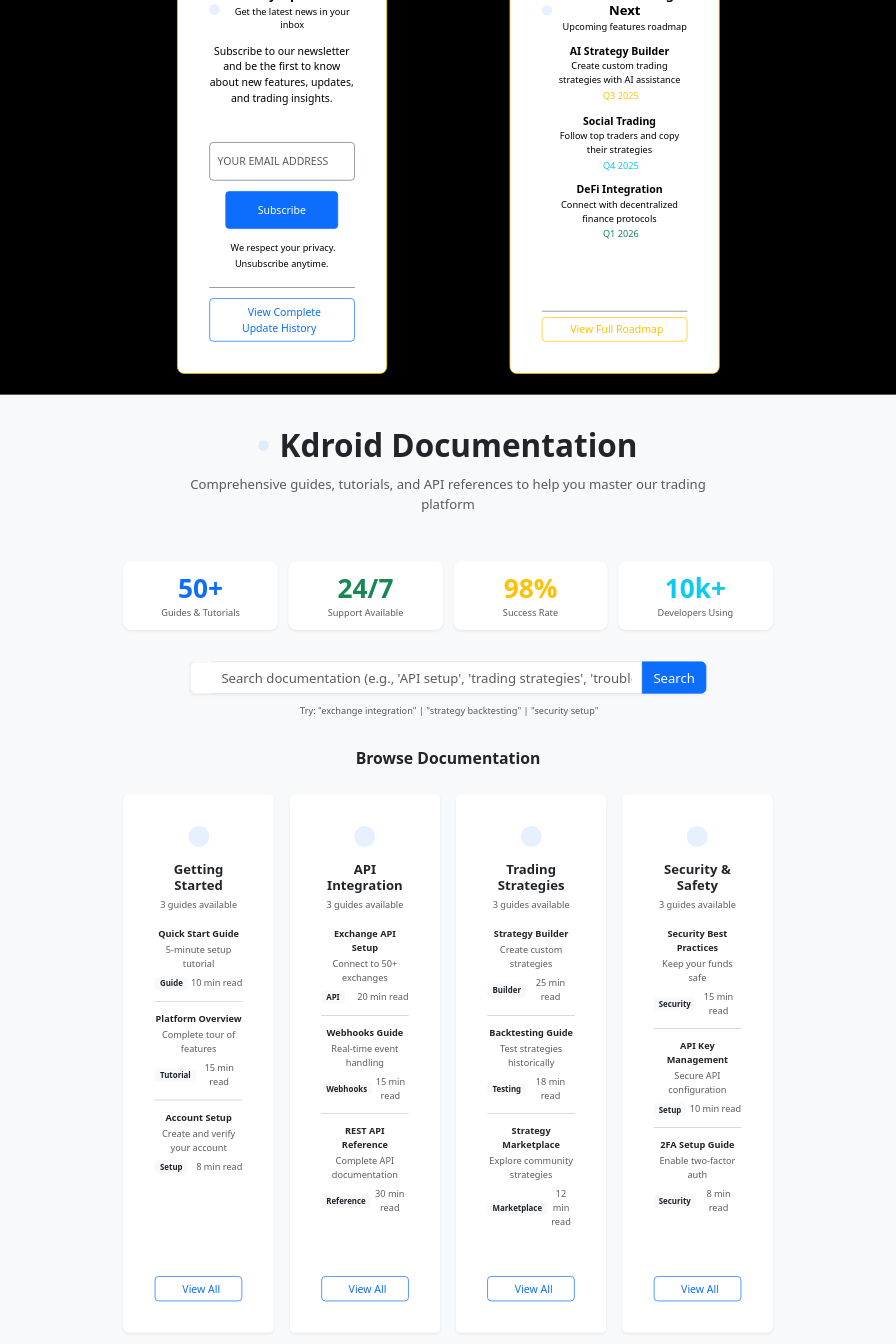
Repository: Kevin-Pro-Codes/halo-trading
Page: /
These files come from the project's save history. The page is drawn as it stood at one moment and after the next save; the edit follows.
The browser window is 1280 px wide. The pictures show the part of the page from y = 4580 to 6500 px (the page is 18955 px tall before and 19429 px after), at 70% of full size.
The page's requests for data from a server got no answer. The project was rebuilt for these pictures with package versions that can differ from the ones it lists, and the page was loaded fresh each time. Some packages were replaced by stand-ins written for this rebuild. No one was signed in, and anything a server would have sent is missing. Also part of the build but not shown: vite.config.js, src/styles/DocStyle.css, src/styles/PricingStyle.css.

Above is the page before, as saved 2025-12-09 22:47:50.

### src/index.css
:root {
  font-family: system-ui, Avenir, Helvetica, Arial, sans-serif;
  line-height: 1.5;
  font-weight: 400;
  color-scheme: light dark;
  color: rgba(255, 255, 255, 0.87);
  background-color: #242424;
  font-synthesis: none;
  text-rendering: optimizeLegibility;
  -webkit-font-smoothing: antialiased;
  -moz-osx-font-smoothing: grayscale;
}

a {
  font-weight: 500;
  color: #646cff;
  text-decoration: inherit;
}
a:hover {
  color: #535bf2;
}


h1 {
  font-size: 3.2em;
  line-height: 1.1;
}

button {
  border-radius: 8px;
  border: 1px solid transparent;
  padding: 0.6em 1.2em;
  font-size: 1em;
  font-weight: 500;
  font-family: inherit;
  background-color: #1a1a1a;
  cursor: pointer;
  transition: border-color 0.25s;
}
button:hover {
  border-color: #646cff;
}
button:focus,
button:focus-visible {
  outline: 4px auto -webkit-focus-ring-color;
}

### src/components/DocSection.jsx
import React from 'react';

const DocSection = () => {
  const documentationCategories = [
    {
      id: 1,
      title: "Getting Started",
      icon: "bi-rocket-takeoff",
      color: "primary",
      items: [
        { title: "Quick Start Guide", description: "5-minute setup tutorial", time: "10 min read", format: "Guide" },
        { title: "Platform Overview", description: "Complete tour of features", time: "15 min read", format: "Tutorial" },
        { title: "Account Setup", description: "Create and verify your account", time: "8 min read", format: "Setup" }
      ]
    },
    {
      id: 2,
      title: "API Integration",
      icon: "bi-plug",
      color: "success",
      items: [
        { title: "Exchange API Setup", description: "Connect to 50+ exchanges", time: "20 min read", format: "API" },
        { title: "Webhooks Guide", description: "Real-time event handling", time: "15 min read", format: "Webhooks" },
        { title: "REST API Reference", description: "Complete API documentation", time: "30 min read", format: "Reference" }
      ]
    },
    {
      id: 3,
      title: "Trading Strategies",
      icon: "bi-lightning-charge",
      color: "warning",
      items: [
        { title: "Strategy Builder", description: "Create custom strategies", time: "25 min read", format: "Builder" },
        { title: "Backtesting Guide", description: "Test strategies historically", time: "18 min read", format: "Testing" },
        { title: "Strategy Marketplace", description: "Explore community strategies", time: "12 min read", format: "Marketplace" }
      ]
    },
    {
      id: 4,
      title: "Security & Safety",
      icon: "bi-shield-check",
      color: "info",
      items: [
        { title: "Security Best Practices", description: "Keep your funds safe", time: "15 min read", format: "Security" },
        { title: "API Key Management", description: "Secure API configuration", time: "10 min read", format: "Setup" },
        { title: "2FA Setup Guide", description: "Enable two-factor auth", time: "8 min read", format: "Security" }
      ]
    }
  ];

  const quickLinks = [
    { title: "API Reference", icon: "bi-code-slash", link: "#", popular: true },
    { title: "Video Tutorials", icon: "bi-play-circle", link: "#", popular: true },
    { title: "FAQ", icon: "bi-question-circle", link: "#" },
    { title: "Release Notes", icon: "bi-journal-text", link: "#" },
    { title: "Community Forum", icon: "bi-people", link: "#" },
    { title: "Support Center", icon: "bi-headset", link: "#" }
  ];

  const featuredGuides = [
    {
      title: "Complete Trading Bot Setup",
      description: "Step-by-step guide to configure your first trading bot",
      difficulty: "Beginner",
      time: "25 minutes",
      updated: "2 days ago",
      views: "1.2k"
    },
    {
      title: "Advanced AI Strategy Configuration",
      description: "Learn to optimize AI parameters for maximum profit",
      difficulty: "Advanced",
      time: "45 minutes",
      updated: "1 week ago",
      views: "845"
    },
    {
      title: "Multi-Exchange Arbitrage Setup",
      description: "Configure automated arbitrage across multiple exchanges",
      difficulty: "Intermediate",
      time: "35 minutes",
      updated: "3 days ago",
      views: "2.1k"
    }
  ];

  return (
    <section className="py-5 bg-light">
      <div className="container">
        {/* Header */}
        <div className="row justify-content-center text-center mb-5">
          <div className="col-lg-8">
            <div className="d-flex align-items-center justify-content-center mb-3">
              <div className="bg-primary bg-opacity-10 p-2 rounded-circle me-3">
                <i className="bi bi-journal-text text-primary fs-3"></i>
              </div>
              <h2 className="display-5 fw-bold mb-0">Kdroid Documentation</h2>
            </div>
            <p className="lead text-muted mb-4">
              Comprehensive guides, tutorials, and API references to help you master our trading platform
            </p>
          </div>
        </div>

        {/* Quick Stats */}
        <div className="row justify-content-center mb-5">
          <div className="col-lg-10">
            <div className="row g-3">
              <div className="col-md-3 col-6">
                <div className="text-center p-3 bg-white rounded-3 shadow-sm">
                  <div className="display-6 fw-bold text-primary mb-1">50+</div>
                  <div className="text-muted small">Guides & Tutorials</div>
                </div>
              </div>
              <div className="col-md-3 col-6">
                <div className="text-center p-3 bg-white rounded-3 shadow-sm">
                  <div className="display-6 fw-bold text-success mb-1">24/7</div>
                  <div className="text-muted small">Support Available</div>
                </div>
              </div>
              <div className="col-md-3 col-6">
                <div className="text-center p-3 bg-white rounded-3 shadow-sm">
                  <div className="display-6 fw-bold text-warning mb-1">98%</div>
                  <div className="text-muted small">Success Rate</div>
                </div>
              </div>
              <div className="col-md-3 col-6">
                <div className="text-center p-3 bg-white rounded-3 shadow-sm">
                  <div className="display-6 fw-bold text-info mb-1">10k+</div>
                  <div className="text-muted small">Developers Using</div>
                </div>
              </div>
            </div>
          </div>
        </div>

        {/* Search Bar */}
        <div className="row justify-content-center mb-5">
          <div className="col-lg-8">
            <div className="input-group input-group-lg shadow-sm">
              <span className="input-group-text bg-white border-end-0">
                <i className="bi bi-search text-muted"></i>
              </span>
              <input
                type="text"
                className="form-control border-start-0"
                placeholder="Search documentation (e.g., 'API setup', 'trading strategies', 'troubleshooting')"
              />
              <button className="btn btn-primary">
                Search
              </button>
            </div>
            <div className="d-flex justify-content-center mt-3">
              <small className="text-muted">
                <i className="bi bi-lightbulb me-1"></i>
                Try: "exchange integration" | "strategy backtesting" | "security setup"
              </small>
            </div>
          </div>
        </div>



        {/* Documentation Categories - FIXED to show 4 categories properly */}
        <div className="row justify-content-center mb-5">
          <div className="col-lg-10">
            <h4 className="fw-bold mb-4 text-center">Browse Documentation</h4>
            <div className="row g-4">
              {documentationCategories.map((category) => (
                <div key={category.id} className="col-md-6 col-lg-3">
                  <div className="card border-0 shadow-sm h-100">
                    <div className="card-body p-4 d-flex flex-column">
                      <div className="mb-4">
                        <div className={`bg-${category.color} bg-opacity-10 p-3 rounded-circle d-inline-block mb-3`}>
                          <i className={`bi ${category.icon} text-${category.color} fs-4`}></i>
                        </div>
                        <h5 className="fw-bold mb-2">{category.title}</h5>
                        <p className="text-muted small mb-0">{category.items.length} guides available</p>
                      </div>

                      <div className="mb-4 flex-grow-1">
                        {category.items.map((item, index) => (
                          <div key={index} className="mb-3">
                            <div className="fw-bold small mb-1">{item.title}</div>
                            <div className="text-muted small mb-2">{item.description}</div>
                            <div className="d-flex justify-content-between align-items-center">
                              <span className="badge bg-light text-dark small">{item.format}</span>
                              <small className="text-muted">{item.time}</small>
                            </div>
                            {index < category.items.length - 1 && <hr className="my-3" />}
                          </div>
                        ))}
                      </div>

                      <button className="btn btn-outline-primary w-100 mt-auto">
                        <i className="bi bi-arrow-right me-2"></i>
                        View All
                      </button>
                    </div>
                  </div>
                </div>
              ))}
            </div>
          </div>
        </div>

{/* Featured Guides - Minutes Close to Button */}
<div className="mb-5">
  <div className="bg-primary bg-opacity-5 p-4 rounded-3">
    <div className="text-center mb-4">
      <h3 className="fw-bold mb-2">Featured Guides</h3>
      <p className="text-muted">Most popular and highly recommended tutorials</p>
    </div>

    <div className="row">
      {featuredGuides.map((guide, index) => (
        <div key={index} className="col-md-4 mb-3">
          <div className="card h-100">
            <div className="card-body d-flex flex-column">
              <div className="d-flex justify-content-between mb-3">
                <span className={`badge ${
                  guide.difficulty === 'Beginner' ? 'bg-success' :
                  guide.difficulty === 'Intermediate' ? 'bg-warning' : 'bg-danger'
                }`}>
                  {guide.difficulty}
                </span>
                <small className="text-muted">
                  <i className="bi bi-eye me-1"></i>
                  {guide.views}
                </small>
              </div>

              <h5 className="fw-bold mb-3">{guide.title}</h5>
              <p className="text-muted mb-4 flex-grow-1">{guide.description}</p>

              {/* Minutes and button in same row, close together */}
              <div className="d-flex justify-content-between align-items-center mt-auto">
                <div className="d-flex align-items-center">
                  <i className="bi bi-clock text-muted me-2"></i>
                  <small className="text-muted">{guide.time}</small>
                </div>
                <button className="btn btn-primary btn-sm px-3">
                  Read Guide
                </button>
              </div>
            </div>
          </div>
        </div>
      ))}
    </div>
  </div>
</div>

      {/* Developer Resources - Perfect Round Balls */}
<div className="row justify-content-center mb-5">
  <div className="col-lg-10">
    <h4 className="fw-bold mb-4 text-center">Developer Resources</h4>
    <div className="row g-4">
      {/* REST API Card */}
      <div className="col-md-4">
        <div className="card border-0 shadow-sm h-100">
          <div className="card-body p-4 text-center">
            {/* Perfect Circle Ball */}
            <div className="bg-info bg-opacity-10 rounded-circle mx-auto mb-3 d-flex align-items-center justify-content-center"
                 style={{width: '80px', height: '80px'}}>
              <i className="bi bi-code-slash text-info fs-2"></i>
            </div>

            <h5 className="fw-bold mb-2">REST API</h5>
            <p className="text-muted small mb-3">
              Complete REST API reference with examples and integration guides
            </p>

            <button className="btn btn-outline-info w-100">
              <i className="bi bi-github me-2"></i>
              View API Docs
            </button>
          </div>
        </div>
      </div>

      {/* SDK Library Card */}
      <div className="col-md-4">
        <div className="card border-0 shadow-sm h-100">
          <div className="card-body p-4 text-center">
            {/* Perfect Circle Ball */}
            <div className="bg-success bg-opacity-10 rounded-circle mx-auto mb-3 d-flex align-items-center justify-content-center"
                 style={{width: '80px', height: '80px'}}>
              <i className="bi bi-gear text-success fs-2"></i>
            </div>

            <h5 className="fw-bold mb-2">SDK Library</h5>
            <p className="text-muted small mb-3">
              Official SDKs for Python, JavaScript, and 5+ other languages
            </p>

            <button className="btn btn-outline-success w-100">
              <i className="bi bi-download me-2"></i>
              Download SDK
            </button>
          </div>
        </div>
      </div>

      {/* CLI Tools Card */}
      <div className="col-md-4">
        <div className="card border-0 shadow-sm h-100">
          <div className="card-body p-4 text-center">
            {/* Perfect Circle Ball */}
            <div className="bg-warning bg-opacity-10 rounded-circle mx-auto mb-3 d-flex align-items-center justify-content-center"
                 style={{width: '80px', height: '80px'}}>
              <i className="bi bi-terminal text-warning fs-2"></i>
            </div>

            <h5 className="fw-bold mb-2">CLI Tools</h5>
            <p className="text-muted small mb-3">
              Command-line interface for automation and advanced operations
            </p>

            <button className="btn btn-outline-warning w-100">
              <i className="bi bi-terminal me-2"></i>
              Get CLI Tools
            </button>
          </div>
        </div>
      </div>
    </div>
  </div>
</div>

        {/* Support CTA */}
        <div className="row justify-content-center">
          <div className="col-lg-8">
            <div className="card border-primary">
              <div className="card-body p-4 p-md-5 text-center">
                <h3 className="fw-bold mb-3">Need Help?</h3>
                <p className="text-muted mb-4">
                  Can't find what you're looking for? Our support team is ready to help.
                </p>
                <div className="d-flex flex-column flex-md-row justify-content-center gap-3">
                  <button className="btn btn-primary btn-lg px-4">
                    <i className="bi bi-chat-dots me-2"></i>
                    Contact Support
                  </button>
                  <button className="btn btn-outline-primary btn-lg px-4">
                    <i className="bi bi-people me-2"></i>
                    Join Community
                  </button>
                </div>
                <div className="mt-4">
                  <small className="text-muted">
                    <i className="bi bi-clock me-1"></i>
                    Average response time: 15 minutes
                  </small>
                </div>
              </div>
            </div>
          </div>
        </div>
      </div>
    </section>
  );
};

export default DocSection;

### src/Footer.jsx
import React from "react";

const Footer = () => {
  return (
    <footer className="section-black">
      <div className="section-content">
        <div className="footer-grid">
          <div className="footer-col">
            <h3>Contact</h3>
            <p>Email: support@halo.com</p>
            <p>Phone: +55 11 9987-6543</p>
            <p>Address: 456 Finance Street, Crypto City</p>
          </div>
          <div className="footer-col">
            <h3>Legal</h3>
            <p><a href="#">Risk Disclosure</a></p>
            <p><a href="#">Terms of Service</a></p>
            <p><a href="#">Privacy Policy</a></p>
          </div>
          <div className="footer-col">
            <h3>Support</h3>
            <p><a href="#">Help Center</a></p>
            <p><a href="#">API Documentation</a></p>
            <p><a href="#">Community Forum</a></p>
            <p className="mt-3"><a href="#">MetaTrader 5</a></p>
          </div>
        </div>
        <div className="footer-bottom">
          <p>
            © 2025 Halo Algo Trading. All rights reserved. Disclaimer: Trading
            involves risk. Past performance is not indicative of future results.
          </p>
          <p className="disclaimer"></p>
        </div>
      </div>
    </footer>
  );
};

export default Footer;

### src/App.css
/* Variables */
:root {
  --primary-color: #646cff;
  --primary-hover: #535bf2;
  --text-dark: black;
  --text-light: #ffffff;
  --bg-dark: black;
  --bg-light: #ffffff;
  --border-radius: 4px;
  --transition: all 0.3s ease;
}

#root {
  max-width: 100%;
  margin: auto;
  padding: 0rem;
  text-align: center;
}

/* Base Styles */
* {
  box-sizing: border-box;
  margin: 0;
  padding: 0;


}

html {
  font-size: 15px;

}



/* Typography */
h1, h2, h3, h4, h5, h6 {
  margin-bottom: 1rem;
  line-height: 1.2;
}

h2 {
  font-size: 2rem;
}

h3 {
  font-size: 1.5rem;
  margin: 1rem 0;
}

p {
  margin-bottom: 1rem;
}

ul {
  list-style: none;
  padding-left: 0;
}

/* Utility Classes */
.black-text {
  color: var(--text-dark);
}

.white-text {
  color: var(--text-light);
}

.bg-white {
  background-color: var(--bg-light);
}

.bg-black {
  background-color: var(--bg-dark);
}


section {
  padding: 3rem 0;
}

.section-content {
  max-width: 2280px;
  margin: 0 auto;
  padding: 0 1rem;
}

.section-black {
  background-color: var(--bg-dark);
  color: var(--text-light);
}

### src/styles/ConverterStyle.css
/* Add to your existing CSS */
.converter-container {
  max-width: 500px;
  margin: 0 auto;
}

.converter-card {
  background-color: white;
  padding: 2rem;
  border-radius: var(--border-radius);
}

.converter-row {
  display: flex;
  align-items: center;
  margin-bottom: 1rem;
}

.converter-row label {
  width: 80px;
  text-align: right;
  margin-right: 1rem;
}

.converter-row input {
  flex: 1;
  padding: 0.5rem;
  border-radius: var(--border-radius);
  border: 1px solid #ddd;
  background-color: var(--bg-light);
  color: var(--text-dark);
}

.converter-card label,
.converter-card .rate-display {
  color: black; /* Replace with your desired color */
  font-weight: bold;
}

.rate-display {
  text-align: center;
  margin-top: 1.5rem;
  font-size: 0.9rem;
  opacity: 0.8;
}

/* Responsive adjustments */
@media (max-width: 600px) {
  .converter-row {
    flex-direction: column;
    align-items: flex-start;
  }

  .converter-row label {
    width: 100%;
    text-align: left;
    margin-bottom: 0.5rem;
  }
}

### src/styles/FooterStyle.css

/* Footer */
.footer-grid {
  display: grid;
  grid-template-columns: repeat(auto-fit, minmax(200px, 1fr));

}

.footer-col a {
  color: var(--text-light);
  text-decoration: none;

}

.footer-col a:hover {
  text-decoration: underline;

}

.footer-bottom {
  text-align: center;
  padding-top: 1rem;
  border-top: 1px solid rgba(255, 255, 255, 0.1);

}

.disclaimer {

  padding-bottom: 10px;
   margin-bottom: 0px !important;
}

Loaded but not shown: index.html (common file); src/main.jsx (common file); src/components/ConverterSection.jsx (399 lines, source omitted); src/components/LatestSection.jsx (387 lines, source omitted); src/components/FaqSection.jsx (283 lines, source omitted); src/components/SetupSection.jsx (300 lines, source omitted); src/components/GallerySection.jsx (302 lines, source omitted); src/components/PricingSection.jsx (314 lines, source omitted); src/components/TestimonialSection.jsx (224 lines, source omitted); src/components/IntroSection.jsx (222 lines, source omitted); src/components/PerformanceSection.jsx (184 lines, source omitted); src/App.jsx (130 lines, source omitted); src/styles/NavbarStyle.css (126 lines, source omitted); src/styles/GalleryStyle.css (62 lines, source omitted); src/Navbar.jsx (48 lines, source omitted); src/styles/FaqStyle.css (no stored copy; drawn as an empty file); src/styles/IntroStyle.css (no stored copy; drawn as an empty file); src/styles/LatestStyle.css (no stored copy; drawn as an empty file); src/styles/PerformanceStyle.css (no stored copy; drawn as an empty file); src/styles/SetupStyle.css (no stored copy; drawn as an empty file); src/styles/TestimonialStyle.css (no stored copy; drawn as an empty file)

After the next save:
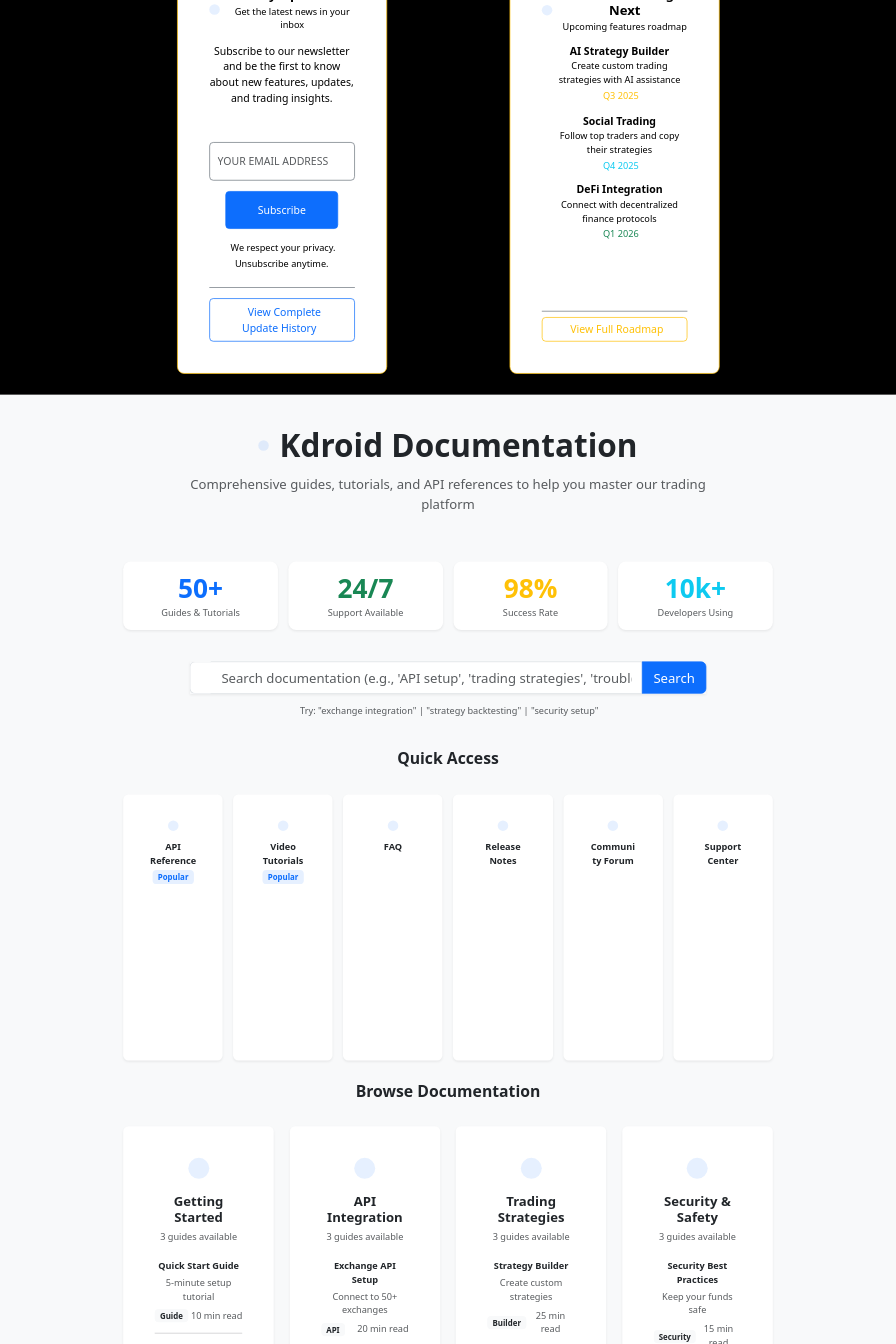
Saved 4 s later.
--- a/src/components/DocSection.jsx
+++ b/src/components/DocSection.jsx
@@ -159,7 +159,31 @@ const DocSection = () => {
           </div>
         </div>
 
-
+        {/* Quick Links */}
+        <div className="row justify-content-center mb-5">
+          <div className="col-lg-10">
+            <h4 className="fw-bold mb-4 text-center">Quick Access</h4>
+            <div className="row g-3">
+              {quickLinks.map((link, index) => (
+                <div key={index} className="col-6 col-md-4 col-lg-2">
+                  <a href={link.link} className="text-decoration-none">
+                    <div className={`card border-0 shadow-sm h-100 transition ${link.popular ? 'border-primary border-2' : ''}`}>
+                      <div className="card-body p-3 text-center">
+                        <div className={`bg-${link.popular ? 'primary' : 'light'} bg-opacity-10 p-2 rounded-circle d-inline-block mb-2`}>
+                          <i className={`bi ${link.icon} text-${link.popular ? 'primary' : 'dark'} fs-5`}></i>
+                        </div>
+                        <div className="fw-bold small">{link.title}</div>
+                        {link.popular && (
+                          <span className="badge bg-primary bg-opacity-10 text-primary small mt-1">Popular</span>
+                        )}
+                      </div>
+                    </div>
+                  </a>
+                </div>
+              ))}
+            </div>
+          </div>
+        </div>
 
         {/* Documentation Categories - FIXED to show 4 categories properly */}
         <div className="row justify-content-center mb-5">
